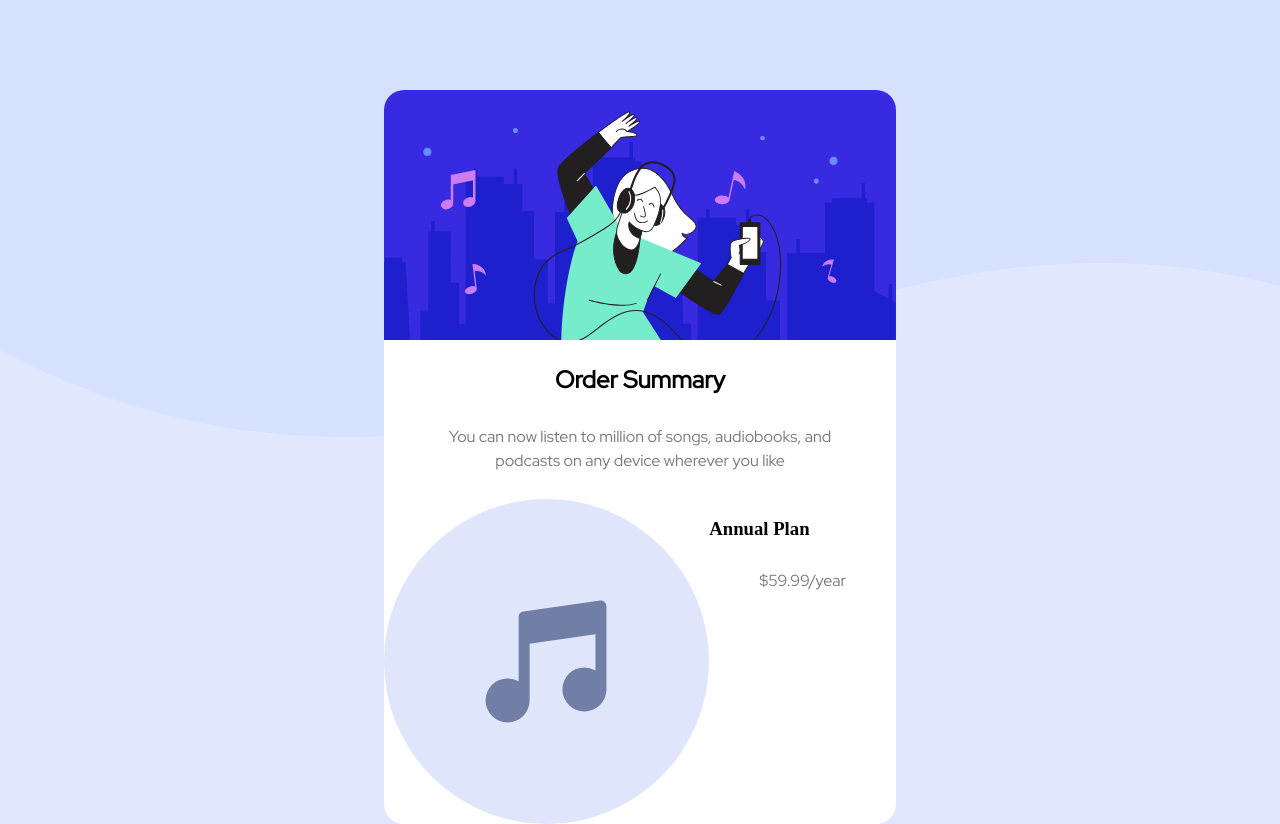
Repository: karanjain71/css-practice
Page: order-summary-component-main/index.html
An editor plug-in stored every save of this project. The page is shown before and after the next save, followed by the edit.
The browser window is 1280 px wide. The pictures show the whole page.

Above is the page before, as saved 2022-01-29 20:27:54.
Not found: order-summary-component-main/techhomie.com

After the next save:
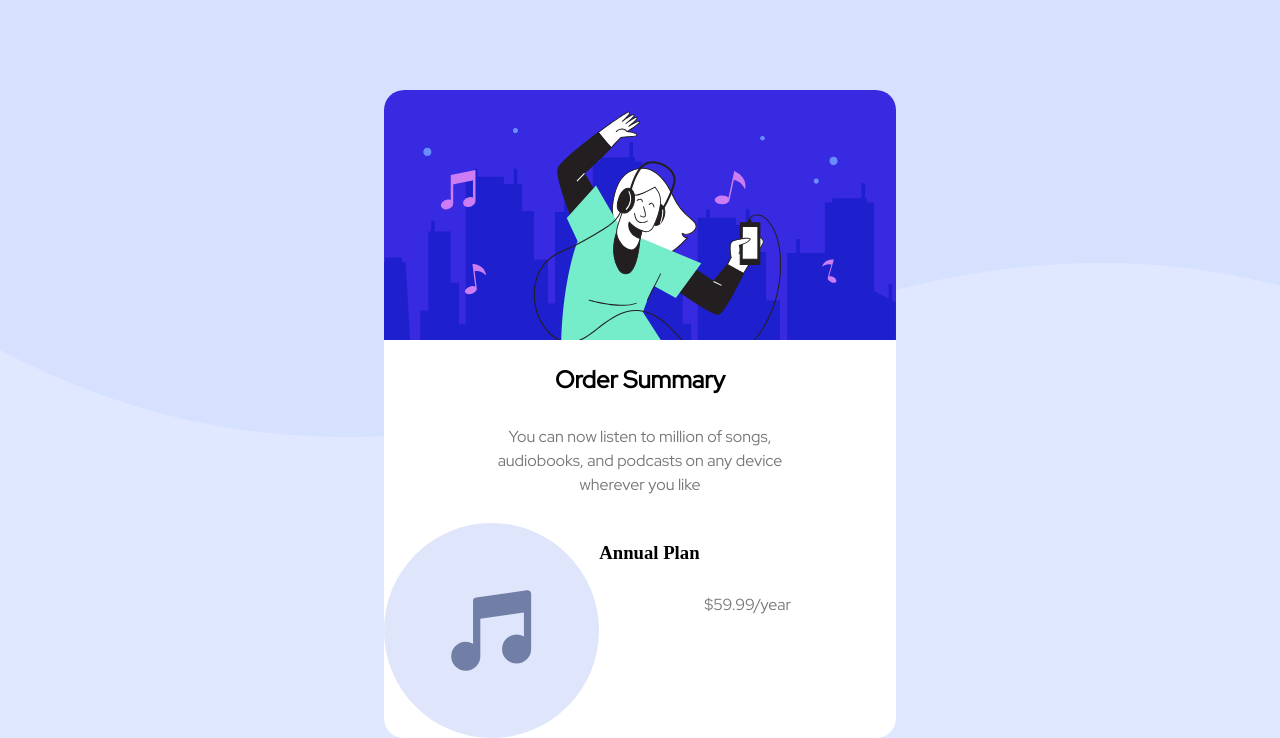
Saved 30 s later.
--- a/order-summary-component-main/style.css
+++ b/order-summary-component-main/style.css
@@ -23,7 +23,7 @@
     text-align: center;
     font-family: "Red Hat Display";
     font-weight: 500;
-    padding: 10px 50px;
+    padding: 10px 105px;
     line-height: 1.5em;
     color: #777;
 }
